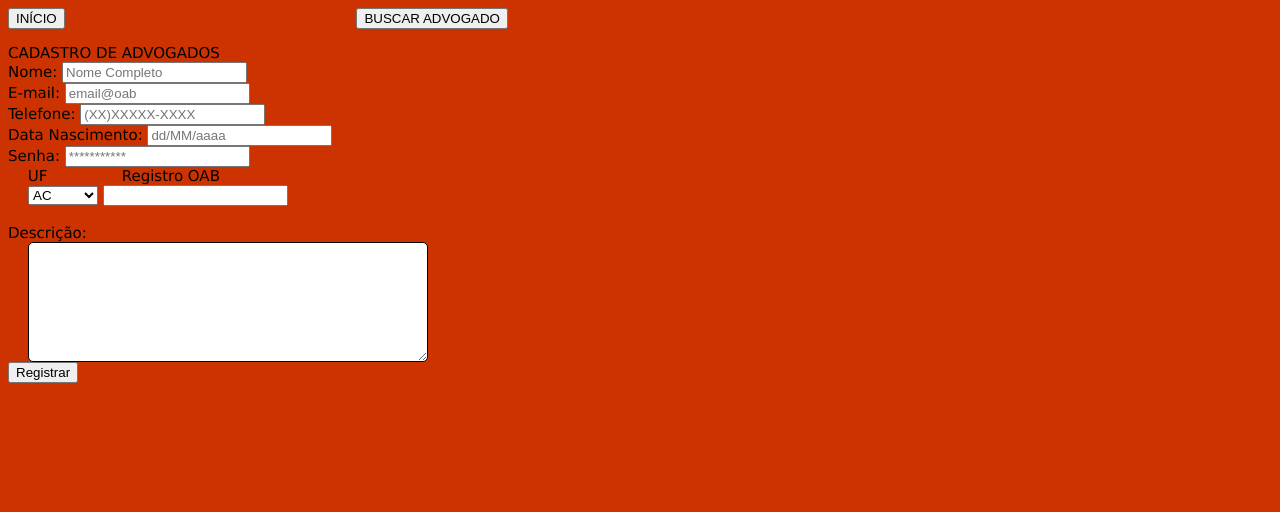
Repository: Natan16/CRUDJUSTTO
Page: http://localhost/CRUDJUSTTOWEB/adiciona-advogado.jsp
An editor plug-in stored every save of this project. The page is shown before and after the next save, followed by the edit.
The browser window is 1280 px wide. The pictures show the whole page.
The page is served by Tomcat 9.

Above is the page before, as saved 2019-09-01 03:33:02.

After the next save:
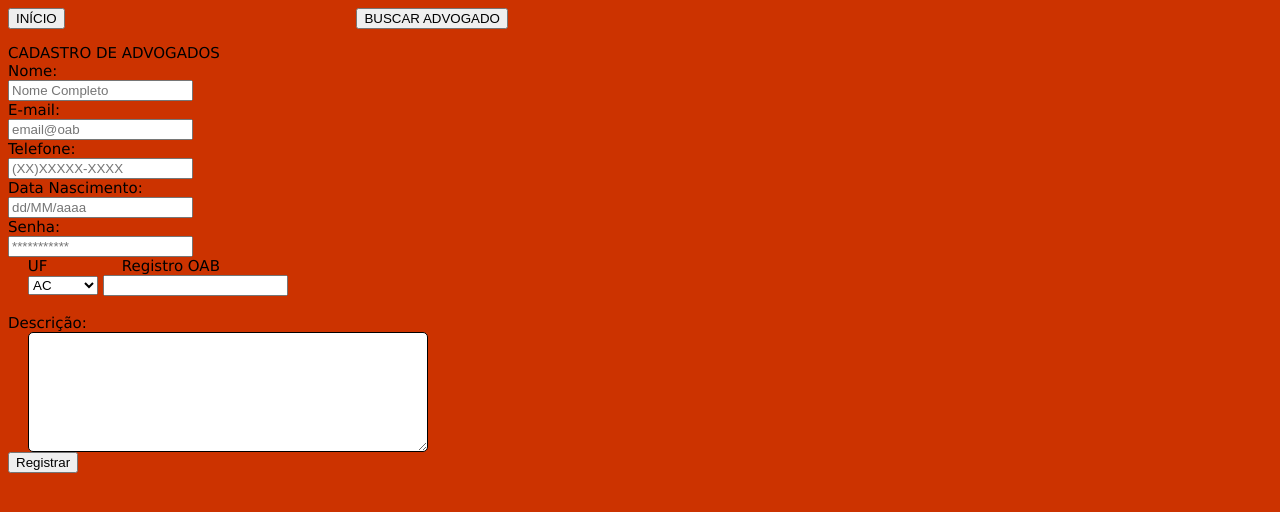
Saved 8 h 27 min later.
--- a/CRUDJUSTTOWEB/WebContent/adiciona-advogado.jsp
+++ b/CRUDJUSTTOWEB/WebContent/adiciona-advogado.jsp
@@ -34,11 +34,11 @@
                 %>
 			</c:if> --%>
 
-			 Nome: <input type="text" name="nome" placeholder="Nome Completo" required/><br />
-         	 E-mail: <input type="text" name="email" placeholder="email@oab" required/><br />
-             Telefone: <input type="text" name="telefone" placeholder="(XX)XXXXX-XXXX"/><br />
-             Data Nascimento: <input type="text" name="dataNascimento" placeholder="dd/MM/aaaa"/><br />
-             Senha: <input type="password" name="senha" placeholder="***********" required/><br />
+			 Nome:<br /> <input type="text" name="nome" placeholder="Nome Completo" required/><br />
+         	 E-mail:<br />  <input type="text" name="email" placeholder="email@oab" required/><br />
+             Telefone:<br />  <input type="text" name="telefone" placeholder="(XX)XXXXX-XXXX"/><br />
+             Data Nascimento:<br />  <input type="text" name="dataNascimento" placeholder="dd/MM/aaaa"/><br />
+             Senha:<br>  <input type="password" name="senha" placeholder="***********" required/><br />
 
             <%--  <%
              	if(modoEditar){
